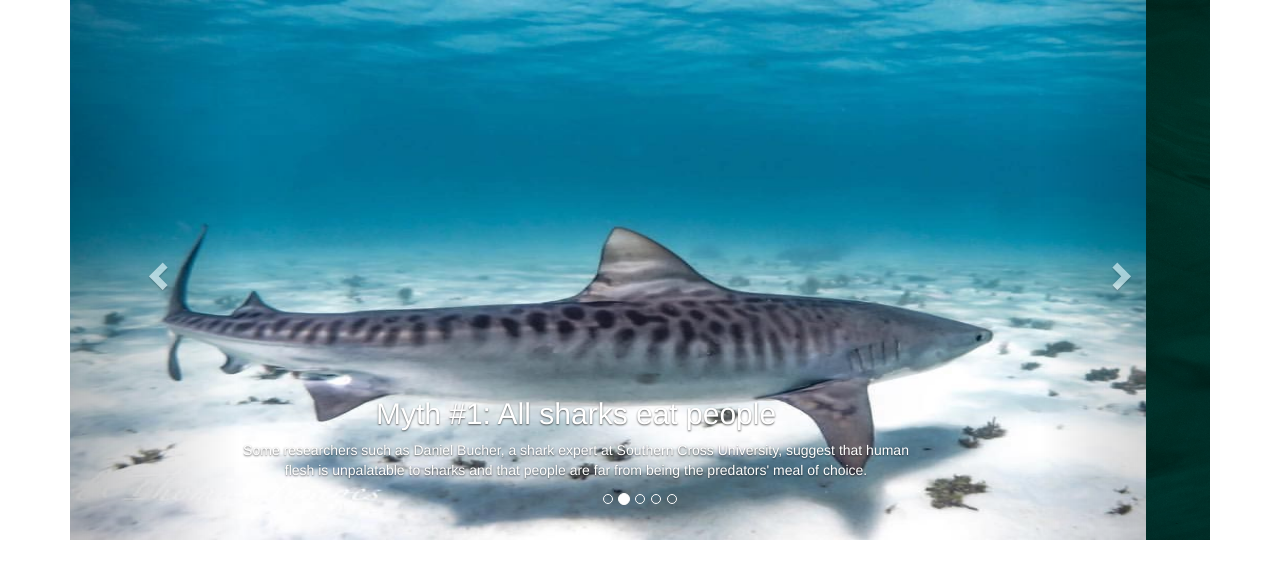
Repository: lacey-crenshaw/carousel
Page: index.html
The author's editor kept a copy of each file at every save. The page is drawn from the files as they stood at one save, then again after the next save.
The browser window is 1280 px wide. The pictures show the whole page.

Above is the page before, as saved 2020-02-16 17:54:29.

### index.html
<!DOCTYPE html>
<html lang="en">

<head>
    <link rel="stylesheet" href="https://maxcdn.bootstrapcdn.com/bootstrap/3.4.1/css/bootstrap.min.css">
    <link rel="stylesheet" href="images/styles/styles.css">
    <meta charset="utf-8">
    <title>Bootstrap Carousel</title>



</head>

<body>

    <div class="container">
        <div class="row">
            <div class="col-sm-12">

                <div id="my-slider" class="carousel slide" data-ride="carousel">

                    <!-- indicators nav -->
                    <ol class="carousel-indicators">
                        <li data-target="#my-slider" data-slide-to="0" class="active"></li>
                        <li data-target="#my-slider" data-slide-to="1"></li>
                        <li data-target="#my-slider" data-slide-to="2"></li>
                        <li data-target="#my-slider" data-slide-to="3"></li>
                        <li data-target="#my-slider" data-slide-to="4"></li>
                    </ol>

                    <!-- wrapper for slides -->
                    <div class="carousel-inner" role="listbox">
                        <div class="item active">
                            <img src="images/tigerShark.jpg" alt="Black Shark">
                            <div class="carousel-caption">
                                <h2>Myth #1: All sharks eat people</h2>
                                <p>Some researchers such as Daniel Bucher, a shark expert at Southern Cross University,
                                    suggest that human flesh is unpalatable to sharks and that people are far from being
                                    the predators' meal of choice.</p>
                            </div>
                        </div>

                        <div class="item">
                            <img src="images/grayShark.jpg" alt="Gray Shark">
                            <div class="carousel-caption">
                                <h2>Myth #2: Sharks aren't clever and have tiny, walnut-size brains</h2>
                                <p>False. Sharks are actually one of the most intelligent creatures in the ocean,
                                    thanks to more than 400 million years of evolution. The animals' brain-to-body ratio
                                    is similar to that of most birds and mammals, according to a paper by Leo Demski and
                                    R. Glenn Northcutt who studied shark brain size in 1996.</p>
                            </div>
                        </div>

                        <div class="item">
                            <img src="images/whaleShark.jpg" alt="Whale Shark">
                            <div class="carousel-caption">
                                <h2>Myth #3: All sharks are big and scary, and have lots of sharp teeth</h2>
                                <p>There are more than 450 species of sharks, and they come in all shapes and sizes. The
                                    basking shark is the second largest fish in the sea, but it eats only plankton with
                                    its tremendously large mouth, which can measure more than 3 feet (0.9 m) wide.</p>
                            </div>
                        </div>

                        <div class="item">
                            <img src="images/greatWhite.jpg" alt="Great White Shark">
                            <div class="carousel-caption">
                                <h2>Myth #4: If you're attacked by a shark, you should punch it in the nose</h2>
                                <p>That's probably not a good idea. The best way to escape is to go for the shark's eye.
                                    Sharks have an eyelid-like barrier to protect them from prey thrashing around in
                                    their jaws, but it's not designed to shield from fingers.</p>
                            </div>
                        </div>

                        <div class="item">
                            <img src="images/blackShark.jpg" alt="Black Shark">
                            <div class="carousel-caption">
                                <h2>Myth #5: Nothing eats sharks</h2>
                                <p>While the largest sharks, such as tiger sharks and whale sharks, have very little to
                                    worry about from predators, the smaller sharks are not so lucky. Some shark species
                                    are incredibly small, and so they can make handy snacks for larger species. A few
                                    marine mammals, including orca whales, prey on sharks, too.</p>
                            </div>
                        </div>

                    </div>

                    <!-- controls for next and previous buttons -->
                    <a class="left carousel-control" href="#my-slider" role="button" data-slide="prev">
                        <span class="glyphicon glyphicon-chevron-left" aria-hidden="true"></span>
                        <span class="sr-only">Previous</span>
                    </a>
                    <a class="right carousel-control" href="#my-slider" role="button" data-slide="next">
                        <span class="glyphicon glyphicon-chevron-right" aria-hidden="true"></span>
                        <span class="sr-only">Next</span>
                    </a>


                </div>

            </div>
        </div>
    </div>


    <script src="https://ajax.googleapis.com/ajax/libs/jquery/3.4.1/jquery.min.js"></script>
    <script src="https://maxcdn.bootstrapcdn.com/bootstrap/3.4.1/js/bootstrap.min.js"></script>
</body>

</html>

### images/styles/styles.css
.carousel-inner>.item>img,
.carousel-inner>.item>a>img {
    width: 100% !important;
    height: 75vh;
}

After the next save:
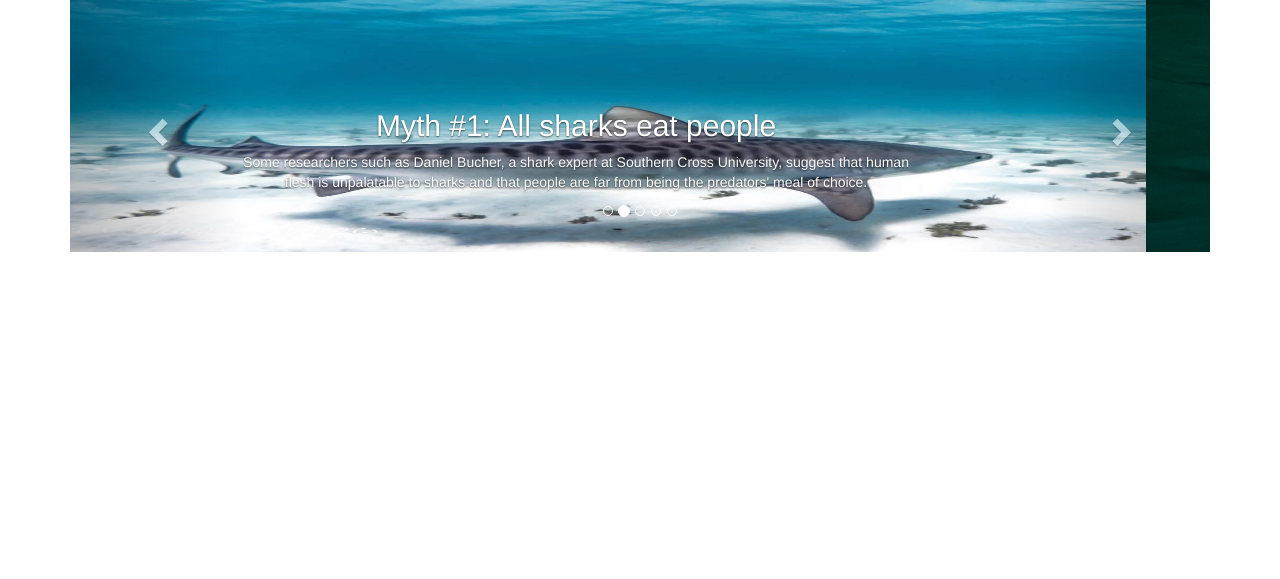
Saved 22 s later.
--- a/images/styles/styles.css
+++ b/images/styles/styles.css
@@ -1,5 +1,5 @@
 .carousel-inner>.item>img,
 .carousel-inner>.item>a>img {
     width: 100% !important;
-    height: 75vh;
+    height: 35vh;
 }

After the save that followed:
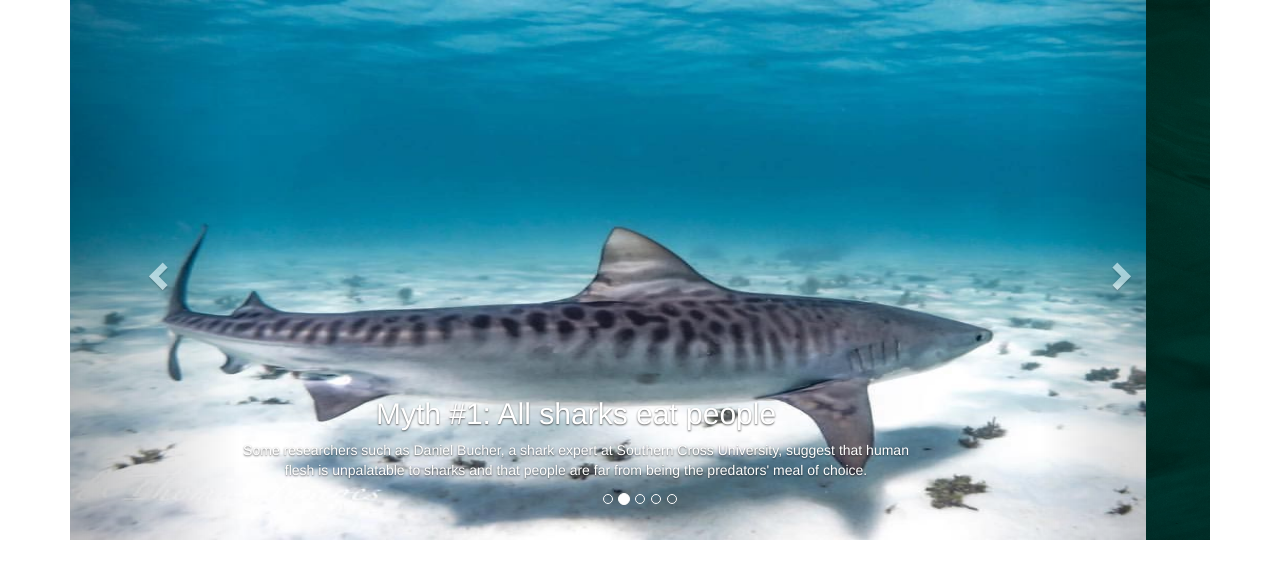
Saved 6 s later.
--- a/images/styles/styles.css
+++ b/images/styles/styles.css
@@ -1,5 +1,5 @@
 .carousel-inner>.item>img,
 .carousel-inner>.item>a>img {
     width: 100% !important;
-    height: 35vh;
+    height: 75vh;
 }
